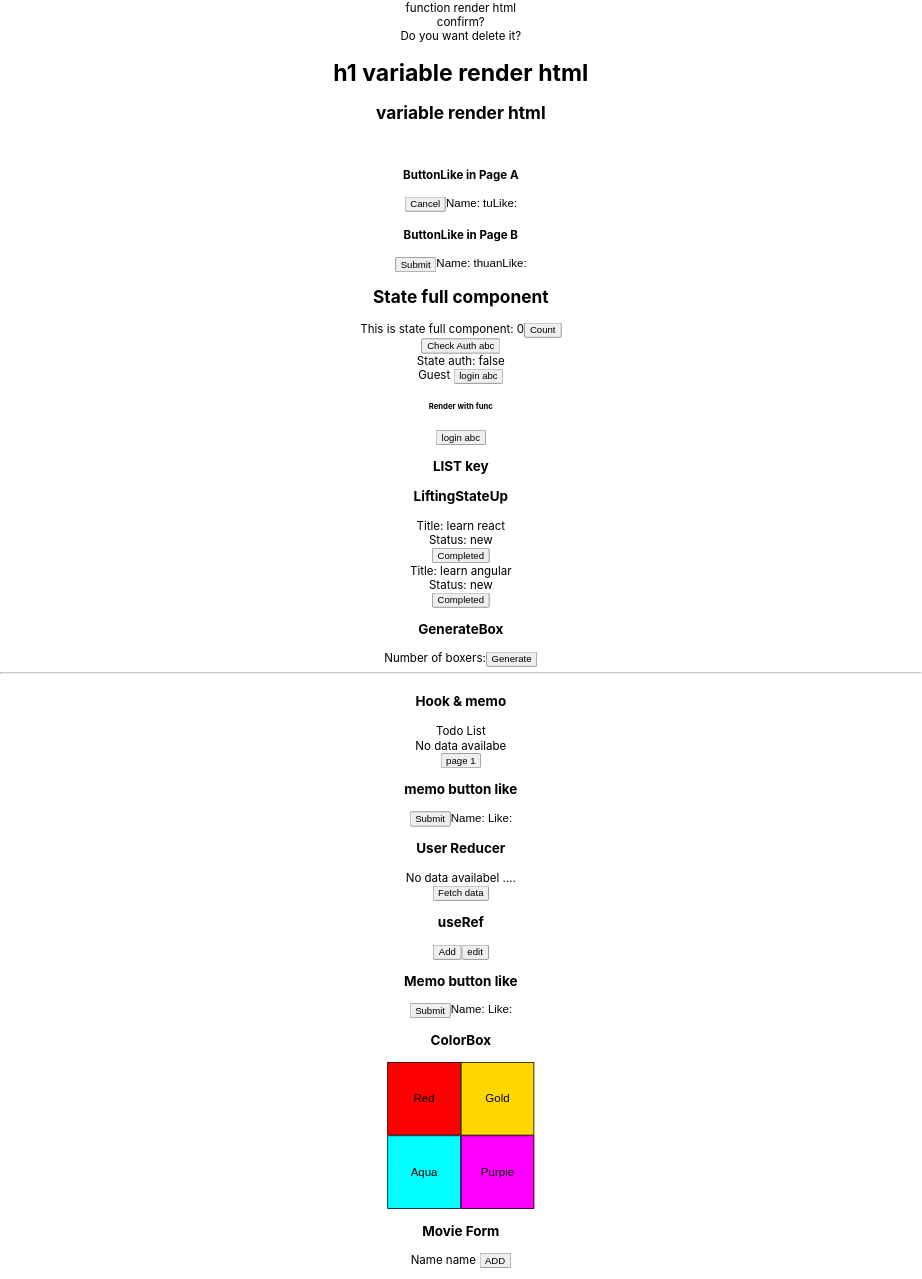
Repository: HoangTu18/reactjs-exercise
Page: /
The author's editor kept a copy of each file at every save. The page is drawn from the files as they stood at one save, then again after a run of saves.
The browser window is 1280 px wide. The pictures show the whole page, at 72% of full size.
The page's requests for data from a server got no answer. The project was rebuilt for these pictures with package versions that can differ from the ones it lists, and the page was loaded fresh each time. No one was signed in, and anything a server would have sent is missing. Also part of the build but not shown: src/pages/StateObject.jsx, src/components/GenerateBox/GenerateBoxItem.jsx.

Above is the page before, as saved 2022-06-15 16:35:10.

### src/App.js
import "./App.css";
import ButtonLike from "./components/ButtonLike";
import TitleSimple from "./components/TitleSimple";
import StateFullComponent from "./components/StateFullComponent";
import StateObject from "./pages/StateObject";
import ConditionalRender from "./pages/conditionalRender";
import LiftingStateUp from "./exercise/LiftingStateUp";
import GenerateBox from "./exercise/GenerateBox";
import Hook from "./pages/Hook";
import UserReduer from "./pages/UserReduer";
import UseRef from "./components/useRef";
// import MoviesForm from "./components/movieForm";
import ColorBox from "./exercise/ColorBox/ColorBox";
import MoviesForm from "./exercise/MovieFilm/MovieForm";

function App() {
  const isLoading = true;
  // varible render html
  const ele1 = (
    <div>
      <h1>h1 variable render html</h1>
      <h2> variable render html</h2>
    </div>
  );
  return (
    <div className="App">
      <div>function render html</div>
      {isLoading ? <TitleSimple /> : "123"}
      {ele1}
      <br />
      <h4> ButtonLike in Page A</h4>
      <ButtonLike
        text="Cancel"
        type="button"
        className="buttonA"
        onClick={() => {
          console.log("buttonA");
        }}
        name="tu"
      />
      <h4> ButtonLike in Page B</h4>
      <ButtonLike
        type="submit"
        className="buttonB"
        onClick={() => {
          console.log("buttonB");
        }}
        name="thuan"
      />
      <h2>State full component</h2>
      <StateFullComponent />
      {/* <StateObject />
       */}
      <ConditionalRender />
      <h3>LiftingStateUp</h3>
      <LiftingStateUp />
      <h3>GenerateBox</h3>
      <GenerateBox />
      <h3>Hook & memo</h3>
      <Hook />
      <h3>User Reducer</h3>
      <UserReduer />
      <h3>useRef</h3>
      <UseRef />
      <h3>Memo button like</h3>
      <ButtonLike />
      <h3>ColorBox</h3>
      <ColorBox />
      <h3>Movie Form</h3>
      <MoviesForm />
    </div>
  );
}

export default App;

### src/components/ButtonLike.jsx
import React from "react";

ButtonLike.propTypes = {};

function ButtonLike({ text = "Submit", name, todoItem, like, ...props }) {
  return (
    <div className="container">
      <button {...props}>{text}</button>
      Name: {name}
      {todoItem && (
        <div>
          <h6>Todo item</h6>
          Todo title: {todoItem?.title}
          Todo price: {todoItem?.price}
        </div>
      )}
      Like: {like}
      <br />
    </div>
  );
}

export default ButtonLike;

### src/components/TitleSimple.jsx
import React from "react";

TitleSimple.propTypes = {};

function TitleSimple(props) {
  return (
    <div>
      confirm? <br />
      Do you want delete it?
    </div>
  );
}

export default TitleSimple;

### src/components/StateFullComponent.jsx
import React from "react";

StateFullComponent.propTypes = {};

function StateFullComponent(props) {
  const [count, setCount] = React.useState(0);
  return (
    <div>
      This is state full component: {count}
      <button
        type="button"
        onClick={() => {
          setCount((prevState) => prevState + 1);
        }}
      >
        Count
      </button>
    </div>
  );
}

export default StateFullComponent;

### src/pages/conditionalRender.jsx
import React, { Fragment, useState } from "react";
import ButtonSimple from "../components/ButtonSimple";

function ConditionalRender() {
  const [todos, setTodos] = useState([
    {
      id: 1,
      title: "react",
    },
    {
      id: 2,
      title: "angular",
    },
  ]);
  const [isAuth, setIsAuth] = useState(false);
  let button = null;
  if (isAuth) {
    button = <ButtonSimple text="logout" />;
  } else {
    button = <ButtonSimple text="login" />;
  }

  function renderButtonLogin() {
    return <ButtonSimple text="login" />;
  }
  function renderButtonLogout() {
    return <ButtonSimple text="logout" />;
  }
  function renderButton() {
    return <div>{isAuth ? renderButtonLogout() : renderButtonLogin()}</div>;
  }

  function handleDeleteTodo(TodoId) {
    const todoIndex = todos.findIndex((todo) => todo.id === TodoId);
    const newTodo = [...todos];
    newTodo.splice(todoIndex, 1);
    console.log(TodoId);
  }

  return (
    <div>
      {/* {array.length > 0 &&
        array.map((item) => {
          return <div key={item}>This is item</div>;
        })} */}
      <ButtonSimple
        text="Check Auth"
        onClick={() => setIsAuth((prevState) => !prevState)}
      />
      <br />
      State auth: {isAuth.toString()}
      {isAuth ? <div>welcome to {button}</div> : <div>Guest {button}</div>}
      <h6>Render with func</h6>
      {isAuth ? renderButtonLogout() : renderButtonLogin()}
      <h3>LIST key</h3>
      {todos.length > 0 ? (
        <>
          {todos.map((todo) => {
            <Fragment key={todo.id}>
              Id: {todo.id} <br />
              title: {todo.title}
              <button type="button" onClick={() => handleDeleteTodo(todo.id)}>
                Delete
              </button>
            </Fragment>;
          })}
        </>
      ) : null}
    </div>
  );
}

export default ConditionalRender;

### src/exercise/LiftingStateUp.jsx
import React, { useState } from "react";
import TodoList from "../components/TodoList";

function LiftingStateUp() {
  const [todos, setTodos] = useState([
    {
      id: 1,
      title: "learn react",
      status: "new",
    },
    {
      id: 2,
      title: "learn angular",
      status: "new",
    },
  ]);
  function handleCompletedTodo(todoId) {
    console.log("handleCompletedTodo: ", todoId);
  }
  return (
    <div>
      <TodoList todos={todos} handleCompletedTodo={handleCompletedTodo} />
    </div>
  );
}

export default LiftingStateUp;

### src/exercise/GenerateBox.jsx
import React, { useState, useRef } from "react";
import GenerateBoxList from "../components/GenerateBox/GenerateBoxList";

function GenerateBox(props) {
  const input = useRef(null);
  let [count, setCount] = useState(0);
  let [boxs, setBoxs] = useState([]);
  function handleGenerate() {
    let tempArr = [...boxs];
    let tempCount = count;
    if (input.current.value <= 0) {
      return alert("please enter for box");
    }
    if (input.current.value > 127) {
      return alert("very box");
    }
    if (input.current.value <= 127) {
      for (let i = 1; i <= input.current.value; i++) {
        tempArr.push({ id: tempCount++ });
      }
    }

    setBoxs(tempArr);
    setCount(tempCount);
  }

  // function handleCount() {}
  return (
    <div>
      <div>
        Number of boxers:
        <input type="number" ref={input} />
        <button onClick={() => handleGenerate()}>Generate</button>
        <hr />
      </div>
      <GenerateBoxList boxs={boxs} />
    </div>
  );
}

export default GenerateBox;

### src/pages/Hook.jsx
import React, { useEffect, useState } from "react";
import ButtonLike from "../components/ButtonLike";
function Hook() {
  const [todos, setTodos] = useState([]);
  const [page, setPage] = useState(1);

  useEffect(() => {
    fetch(`https://jsonplaceholder.typicode.com/todos?_page=${page}&_limit=10`)
      .then((res) => res.json())
      .then((data) => setTodos(data));
  }, [page]);

  useEffect(() => {
    console.log("useEffect 2");
  }, []);

  return (
    <div>
      Todo List
      {todos.length > 0 ? (
        <>
          {todos.map((todo) => (
            <div key={todo.id}>
              id: {todo.id} <br />
              title: {todo.title} <br />
            </div>
          ))}
        </>
      ) : (
        <div>No data availabe</div>
      )}
      <button
        type="button"
        onClick={() => {
          setPage((prevState) => prevState + 1);
        }}
      >
        page {page}
      </button>
      <h3>memo button like</h3>
      <ButtonLike />
    </div>
  );
}

export default Hook;

### src/pages/UserReduer.jsx
import React, { useReducer } from "react";

// initialState
const initialState = {
  isLoading: false,
  todos: [],
  isError: false,
};

// actions
function setIsLoading(isLoading) {
  return {
    type: "SET_IS_LOADING",
    payload: isLoading,
  };
}

function setIsError(isError) {
  return {
    type: "SET_IS_ERROR",
    payload: isError,
  };
}

function setTodos(data) {
  return {
    type: "SET_TODO",
    payload: data,
  };
}

// reducer
function reducer(state = initialState, { type, payload }) {
  switch (type) {
    case "SET_IS_LOADING": {
      return {
        ...state,
        isLoading: payload,
      };
    }
    case "SET_IS_ERROR": {
      return {
        ...state,
        isError: payload,
      };
    }
    case "SET_TODO": {
      return {
        ...state,
        todos: payload,
      };
    }
    default:
      return state;
  }
}
function UserReduer() {
  // state
  const [{ isLoading, isError, todos }, dispatch] = useReducer(
    reducer,
    initialState
  );

  // actions
  async function handleFetchData() {
    dispatch(setIsLoading(true));
    dispatch(setIsError(false));
    try {
      const res = await fetch(
        "https://tony-json-server.herokuapp.com/api/todos"
      );
      const data = await res.json();
      dispatch(setTodos(data.data));
    } catch (error) {
      dispatch(setIsError(true));
    }
    dispatch(setIsLoading(false));
  }

  // view
  if (isLoading) return <div>Loading ....</div>;
  if (isError) return <div>Something error ....</div>;
  return (
    <div>
      {todos.length === 0 ? (
        <div>
          No data availabel .... <br />
        </div>
      ) : (
        <>
          {todos.map((todo, index) => (
            <div key={index}>
              ID: {todo.id} <br />
              Title: {todo.title}
            </div>
          ))}
        </>
      )}
      <button type="button" onClick={handleFetchData}>
        Fetch data
      </button>
    </div>
  );
}

export default UserReduer;

### src/components/useRef.jsx
import React, { useEffect, useRef, useState } from "react";

function UseRef(props) {
  // states
  const [firstName, setFirstName] = useState("Project_12312312");

  const firstNameRef = useRef(null);
  const [isFlag, setIsFlag] = useState(false);
  const firstRenderRef = useRef(null);

  let lastNameJs = "truong";
  // useEffect
  useEffect(() => {
    if (firstRenderRef.current) {
      firstRenderRef.current = false;
      lastNameJs = "tu";
      console.log("after run ");
      return
    }
  }, [isFlag]);
  // refs

  function onSubmit() {
    console.log("ref: ", firstNameRef.current);
    firstNameRef.current.focus();
  }

  function onEdit() {
    firstNameRef.current.focus();
    // console.log("klength: ", firstNameRef.length);
    firstNameRef.current.setSelectionRange(
      0,
      firstNameRef.current.value.length
    );
  }

  function onChangeFirstName(e) {
    setFirstName(e.target.value);
  }
  return (
    <div>
      <input
        ref={firstNameRef}
        type="text"
        placeholder="firstName"
        value={firstName}
        onChange={onChangeFirstName}
      />
      <input type="text" placeholder="lastName" />
      <button type="button" onClick={onSubmit}>
        Add
      </button>
      <button type="button" onClick={onEdit}>
        edit
      </button>
    </div>
  );
}

export default UseRef;

### src/exercise/ColorBox/ColorBox.jsx
import { useState } from "react";
import "./colorBox.css";
function ColorBox(props) {
  const [color, setColor] = useState({
    red: "#ff0000",
    gold: "#ffd700",
    cyan: "#00ffff",
    magenta: "#ff00ff",
  });
  const [checked, setChecked] = useState("");
  const onChange = (e, color) => {
    setChecked(color);
    if (
      (e.target.checked && color === "red") ||
      color === "gold" ||
      color === "cyan" ||
      color === "magenta"
    ) {
      setColor({
        red: color,
        gold: color,
        cyan: color,
        magenta: color,
      });
    } else {
      setChecked("");
      setColor({
        red: "#ff0000",
        gold: "#ffd700",
        cyan: "#00ffff",
        magenta: "#ff00ff",
      });
    }
  };
  return (
    <div className="container">
      <div style={{ background: color["red"] }}>
        <input
          type="checkbox"
          name="color"
          checked={checked === "red"}
          onChange={(e) => onChange(e, "red")}
        />
        Red
      </div>
      <div style={{ background: color["gold"] }}>
        <input
          type="checkbox"
          name="color"
          checked={checked === "gold"}
          onChange={(e) => onChange(e, "gold")}
        />
        Gold
      </div>
      <div style={{ background: color["cyan"] }}>
        <input
          type="checkbox"
          name="color"
          checked={checked === "cyan"}
          onChange={(e) => onChange(e, "cyan")}
        />
        Aqua
      </div>
      <div style={{ background: color["magenta"] }}>
        <input
          type="checkbox"
          name="color"
          checked={checked === "magenta"}
          onChange={(e) => onChange(e, "magenta")}
        />
        Purple
      </div>
    </div>
  );
}

export default ColorBox;

### src/exercise/MovieFilm/MovieForm.jsx
import React from "react";

const MoviesForm = () => {
  const [name, setName] = React.useState("");
  const [movies, setMovies] = React.useState([]);
  const handleChange = (e) => {
    setName(e.target.value);
  };
  const createMovie = () => {
    if (name.trim().length !== 0) {
      movies.push(name);
    } else {
      alert("No movie's name");
    }
  };

  return (
    <div>
      Name <input type="text" onChange={handleChange} />
      name <input />
      <button type="button" onClick={createMovie}>
        ADD
      </button>
      <ul>
        {movies.map((movie, index) => (
          <li key={index}>{movie}</li>
        ))}
      </ul>
    </div>
  );
};

export default MoviesForm;

### src/components/ButtonSimple.jsx
import React from "react";
import styles from "./buttonSimple.module.css";
function ButtonSimple({ text = "Submit", type = "button", ...props }) {
  return (
    <button type={type} className={styles.buttonSimple} {...props}>
      {text} abc
    </button>
  );
}

export default ButtonSimple;

### src/components/TodoList.jsx
import React from "react";
import TodoItem from "./TodoItem";

function TodoList({ todos, handleCompletedTodo }) {
  return (
    <div>
      {todos.map((todo) => (
        <TodoItem todo={todo} handleCompletedTodo={handleCompletedTodo} />
      ))}
    </div>
  );
}

export default TodoList;

### src/components/GenerateBox/GenerateBoxList.jsx
import React from "react";
import GenerateBoxItem from "./GenerateBoxItem";

function GenerateBoxList({ boxs  }) {
  return (
    <div style={{ display: "flex", flexWrap: "wrap" }}>
      {boxs.map((boxs) => (
        <GenerateBoxItem boxs={boxs} />
      ))}
    </div>
  );
}

export default GenerateBoxList;

### src/exercise/ColorBox/colorBox.css
.container {
  font-family: sans-serif;

  display: grid;
  grid-template-columns: auto auto;
  place-content: center;
}

.container > div {
  height: 100px;
  width: 100px;
  line-height: 100px;
  text-align: center;
  border: 1px solid black;
  position: relative;
}
.red {
  background: red;
}
.gold {
  background: gold;
}
.cyan {
  background: aqua;
}
.magenta {
  background: magenta;
}

input {
  position: absolute;
  top: 0;
  left: 0;
  width: 100px;
  height: 100px;
  margin: 0;
  opacity: 0;
}

### src/components/TodoItem.jsx
import React from "react";

function TodoItem({ todo, handleCompletedTodo }) {
  console.log("todo item:", todo);
  return (
    <div>
      Title: {todo.title} <br />
      Status: {todo.status} <br />
      <button type="button" onClick={() => handleCompletedTodo(todo.id)}>
        Completed
      </button>
    </div>
  );
}

export default TodoItem;

Loaded but not shown: public/index.html (common file); src/index.js (common file); src/index.css (common file); src/reportWebVitals.js (common file); src/App.css (common file); src/components/buttonSimple.module.css (no stored copy; drawn as an empty file)

After the next 2 saves:
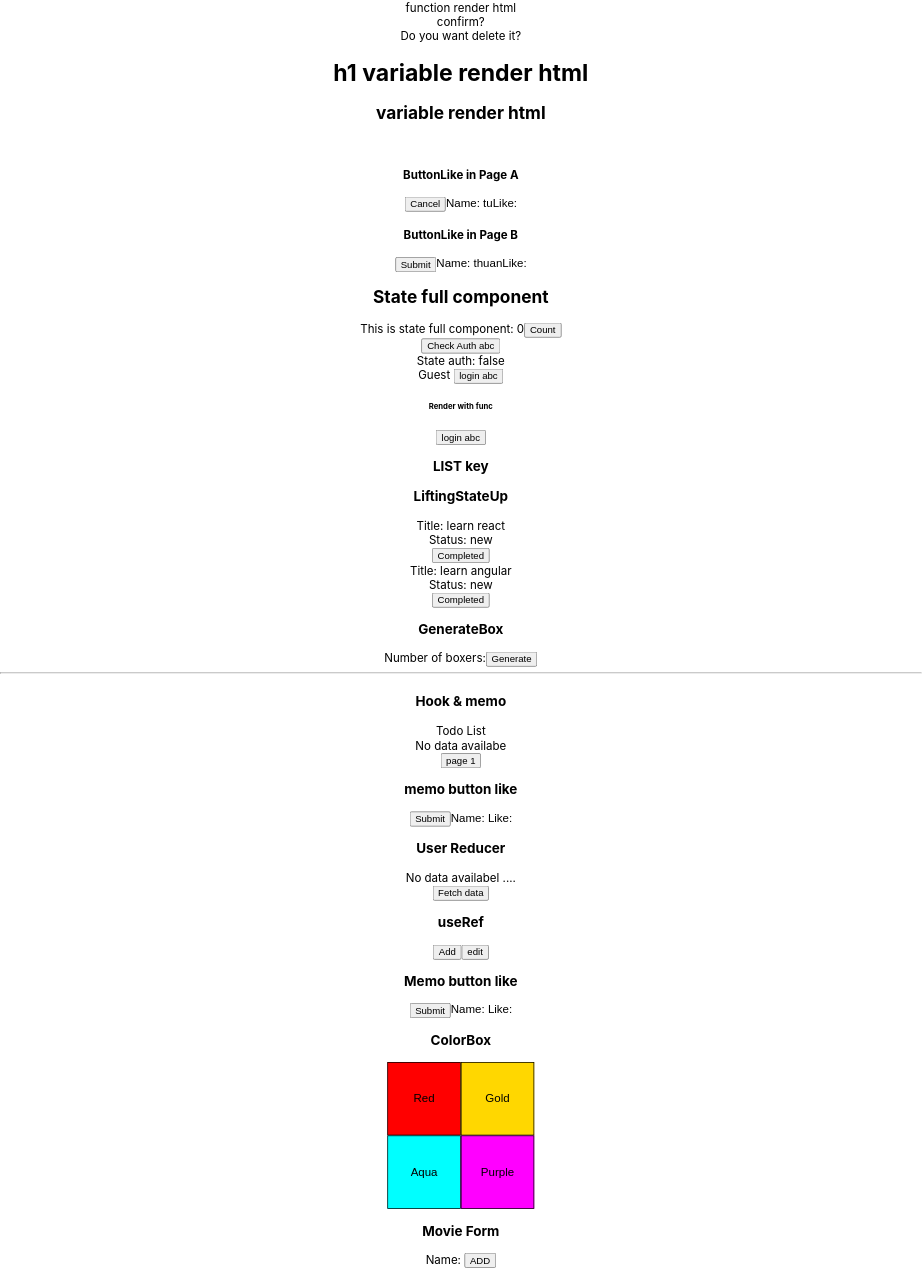
The 2 saves are shown as one change because they came seconds apart.
The last was saved 9 s later.
--- a/src/exercise/MovieFilm/MovieForm.jsx
+++ b/src/exercise/MovieFilm/MovieForm.jsx
@@ -16,8 +16,7 @@
 
   return (
     <div>
-      Name <input type="text" onChange={handleChange} />
-      name <input />
+      Name: <input type="text" onChange={handleChange} />
       <button type="button" onClick={createMovie}>
         ADD
       </button>
